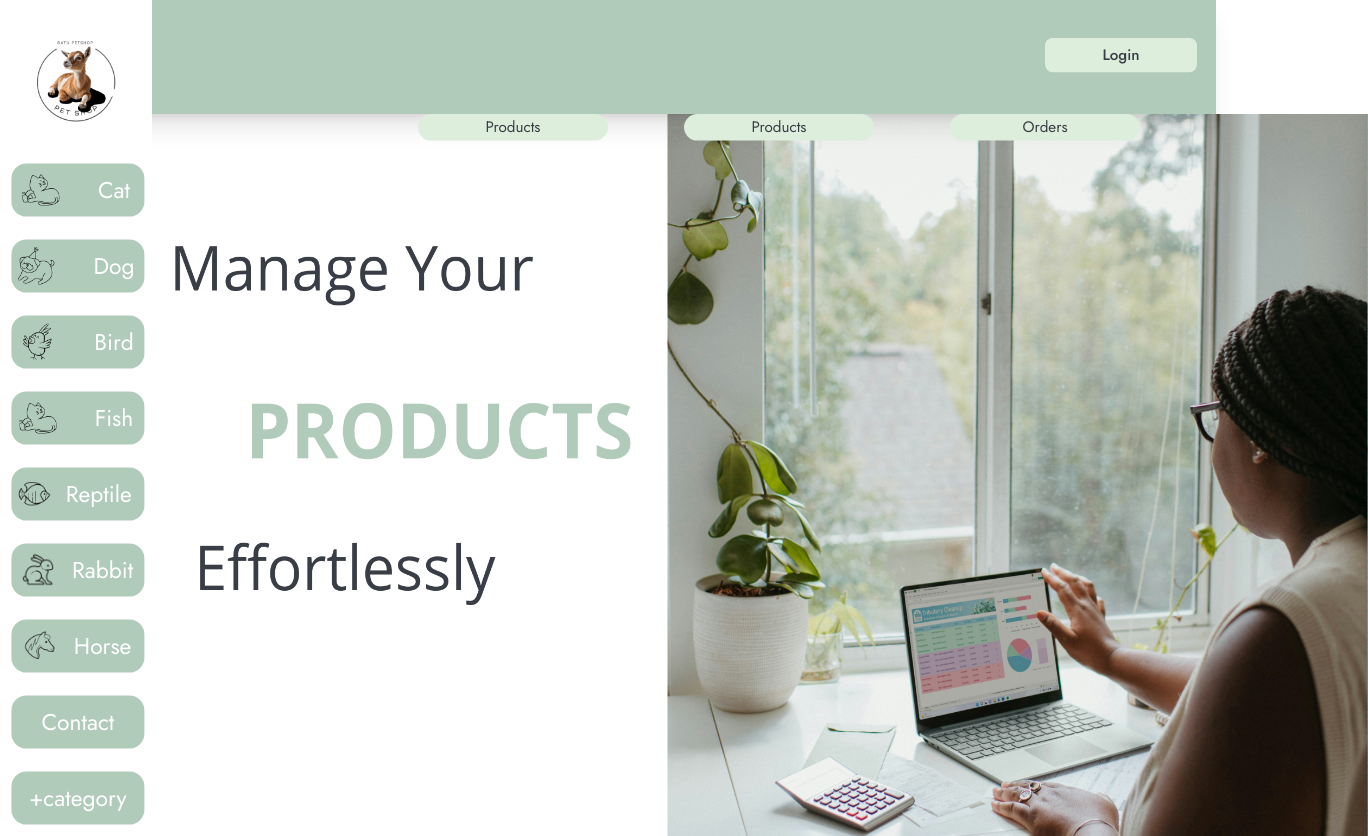
Repository: batu-call/batu-petshop
Page: /main (app in petshopp-appAdmin/admin/)
An editor plug-in stored every save of this project. The page is shown before and after a run of saves, followed by the edit.
The browser window is 1280 px wide. The page is 1440 px wide, so the pictures cover 1440 px, including what lies to the right of the window. The pictures show the whole page, at 95% of full size.
The project was rebuilt for these pictures with package versions that can differ from the ones it lists, and the page was loaded fresh each time. The framework's server and built-in components were replaced by stand-ins that run in the browser. Also part of the build but not shown: petshopp-appAdmin/admin/next.config.ts.

Above is the page before, as saved 2025-09-21 01:47:34.

### petshopp-appAdmin/admin/src/app/layout.tsx
import type { Metadata } from "next";
import { Jost } from 'next/font/google';
import "./globals.css";

const jost = Jost({
  subsets: ['latin'],
  weight: ['400', '500', '700'],
});


export const metadata: Metadata = {
  title: "Batu Petshop AdminPanel",
  description: "Generated by create next app",
   icons: {
    icon: '/favicon.ico',
  },
};

export default function RootLayout({
  children,
}: Readonly<{
  children: React.ReactNode;
}>) {
  return (
    <html lang="en">
      <body
        className={`antialiased ${jost.className}`}
      >
        {children}
      </body>
    </html>
  );
}

### petshopp-appAdmin/admin/src/app/main/layout.tsx
import Main from "./controller/Main"

export default function MainLayout({ children }: { children: React.ReactNode }) {
  return <Main>{children}</Main>
}

### petshopp-appAdmin/admin/src/app/main/page.tsx
import React from 'react'
import Main from './controller/Main'


const page = () => {
  return (
    <div>
        <Main />
    </div>
  )
}

export default page

### petshopp-appAdmin/admin/src/app/globals.css
@import "tailwindcss";
@import "tw-animate-css";

@custom-variant dark (&:is(.dark *));

@layer utilities {
  .bg-primary {
    background-color: #B1CBBB;
  }
  .bg-secondary {
    background-color: #DDEEDD;
  }
  .bg-secondary_20 {
    background-color: rgba(221, 238, 221, 0.2);
  }
  .text-jost {
    font-family: 'Jost',sans-serif;
  }
  .text-color {
    color: #393E46;
  }
  .text-color2 {
    color: #B1CBBB;
  }
}

body {
  font-family: 'Jost', Arial, Helvetica, sans-serif
}

@theme inline {
  --radius-sm: calc(var(--radius) - 4px);
  --radius-md: calc(var(--radius) - 2px);
  --radius-lg: var(--radius);
  --radius-xl: calc(var(--radius) + 4px);
  --color-background: var(--background);
  --color-foreground: var(--foreground);
  --color-card: var(--card);
  --color-card-foreground: var(--card-foreground);
  --color-popover: var(--popover);
  --color-popover-foreground: var(--popover-foreground);
  --color-primary: var(--primary);
  --color-primary-foreground: var(--primary-foreground);
  --color-secondary: var(--secondary);
  --color-secondary-foreground: var(--secondary-foreground);
  --color-muted: var(--muted);
  --color-muted-foreground: var(--muted-foreground);
  --color-accent: var(--accent);
  --color-accent-foreground: var(--accent-foreground);
  --color-destructive: var(--destructive);
  --color-border: var(--border);
  --color-input: var(--input);
  --color-ring: var(--ring);
  --color-chart-1: var(--chart-1);
  --color-chart-2: var(--chart-2);
  --color-chart-3: var(--chart-3);
  --color-chart-4: var(--chart-4);
  --color-chart-5: var(--chart-5);
  --color-sidebar: var(--sidebar);
  --color-sidebar-foreground: var(--sidebar-foreground);
  --color-sidebar-primary: var(--sidebar-primary);
  --color-sidebar-primary-foreground: var(--sidebar-primary-foreground);
  --color-sidebar-accent: var(--sidebar-accent);
  --color-sidebar-accent-foreground: var(--sidebar-accent-foreground);
  --color-sidebar-border: var(--sidebar-border);
  --color-sidebar-ring: var(--sidebar-ring);
}

:root {
  --radius: 0.625rem;
  --background: oklch(1 0 0);
  --foreground: oklch(0.145 0 0);
  --card: oklch(1 0 0);
  --card-foreground: oklch(0.145 0 0);
  --popover: oklch(1 0 0);
  --popover-foreground: oklch(0.145 0 0);
  --primary: oklch(0.205 0 0);
  --primary-foreground: oklch(0.985 0 0);
  --secondary: oklch(0.97 0 0);
  --secondary-foreground: oklch(0.205 0 0);
  --muted: oklch(0.97 0 0);
  --muted-foreground: oklch(0.556 0 0);
  --accent: oklch(0.97 0 0);
  --accent-foreground: oklch(0.205 0 0);
  --destructive: oklch(0.577 0.245 27.325);
  --border: oklch(0.922 0 0);
  --input: oklch(0.922 0 0);
  --ring: oklch(0.708 0 0);
  --chart-1: oklch(0.646 0.222 41.116);
  --chart-2: oklch(0.6 0.118 184.704);
  --chart-3: oklch(0.398 0.07 227.392);
  --chart-4: oklch(0.828 0.189 84.429);
  --chart-5: oklch(0.769 0.188 70.08);
  --sidebar: oklch(0.985 0 0);
  --sidebar-foreground: oklch(0.145 0 0);
  --sidebar-primary: oklch(0.205 0 0);
  --sidebar-primary-foreground: oklch(0.985 0 0);
  --sidebar-accent: oklch(0.97 0 0);
  --sidebar-accent-foreground: oklch(0.205 0 0);
  --sidebar-border: oklch(0.922 0 0);
  --sidebar-ring: oklch(0.708 0 0);
}

.dark {
  --background: oklch(0.145 0 0);
  --foreground: oklch(0.985 0 0);
  --card: oklch(0.205 0 0);
  --card-foreground: oklch(0.985 0 0);
  --popover: oklch(0.205 0 0);
  --popover-foreground: oklch(0.985 0 0);
  --primary: oklch(0.922 0 0);
  --primary-foreground: oklch(0.205 0 0);
  --secondary: oklch(0.269 0 0);
  --secondary-foreground: oklch(0.985 0 0);
  --muted: oklch(0.269 0 0);
  --muted-foreground: oklch(0.708 0 0);
  --accent: oklch(0.269 0 0);
  --accent-foreground: oklch(0.985 0 0);
  --destructive: oklch(0.704 0.191 22.216);
  --border: oklch(1 0 0 / 10%);
  --input: oklch(1 0 0 / 15%);
  --ring: oklch(0.556 0 0);
  --chart-1: oklch(0.488 0.243 264.376);
  --chart-2: oklch(0.696 0.17 162.48);
  --chart-3: oklch(0.769 0.188 70.08);
  --chart-4: oklch(0.627 0.265 303.9);
  --chart-5: oklch(0.645 0.246 16.439);
  --sidebar: oklch(0.205 0 0);
  --sidebar-foreground: oklch(0.985 0 0);
  --sidebar-primary: oklch(0.488 0.243 264.376);
  --sidebar-primary-foreground: oklch(0.985 0 0);
  --sidebar-accent: oklch(0.269 0 0);
  --sidebar-accent-foreground: oklch(0.985 0 0);
  --sidebar-border: oklch(1 0 0 / 10%);
  --sidebar-ring: oklch(0.556 0 0);
}

@layer base {
  * {
    @apply border-border outline-ring/50;
  }
  body {
    @apply bg-background text-foreground;
  }
}

### petshopp-appAdmin/admin/src/app/main/controller/Main.tsx
import React from 'react'
import Navbar from '../../Navbar/page'
import Sidebar from '../../Sidebar/page'
import Image from 'next/image'

//1743
const Main = () => {
  return (
    <div className='w-full h-screen bg-primary'>
      {/* Navbar */}
      <Navbar />
      {/* Catgeory */}
      <Sidebar />
      <Image src={"/admin-banner3.png"} alt='admin-banner' width={1743} height={700} className='ml-40 h-190'/>
    </div>
  )
}

export default Main

### petshopp-appAdmin/admin/src/app/Navbar/page.tsx
"use client"
import React, { useState } from 'react'
import Link from 'next/link'
import Image from 'next/image'
import { Button } from "@/components/ui/button"





const Page = () => {

  const [open, setOpen] = useState(false)

  return (
    <div>
      <div className='w-full h-30 bg-primary shadow-xl relative'>
        {/* Image */}
        <Link href={"/main"}>
      <div className='fixed'>
        <Image  src={"/logo.png"} alt='main-icon' width={500} height={500} className='flex justify-center items-center w-40 h-40'/>
      </div>
      </Link>
      {/* Image */}

      {/* Button */}
      <div className='absolute top-10 right-45'>
        <Button className='absolute cursor-pointer bg-secondary text-color w-40 text-base hover:bg-secondary'>Login</Button>
      </div>

      </div>
      <div className='flex gap-20 items-center justify-center absolute right-20'>
      {/* Buton + dropdown*/}
     <div
      className="relative inline-block"
      onMouseEnter={() => setOpen(true)}
      onMouseLeave={() => setOpen(false)}
    >
      {/* Buton */}
      <div className="w-50 h-7 rounded-xl bg-secondary flex items-center justify-center cursor-pointer">
        <h3 className="text-color text-jost">Products</h3>
      </div>

      {/* Dropdown */}
      {open && (
        <div className="absolute left-0 mt-1 w-50 bg-white shadow-lg rounded-xl z-10">
          <ul className="flex flex-col">
            <Link href="/AddProduct">
              <li>
                <a className="block px-4 py-2 hover:bg-gray-200 border-b-2 border-secondary">
                  Add Product
                </a>
              </li>
            </Link>
              <li>
                <a className="block px-4 py-2 hover:bg-gray-200 border-b-2 border-secondary">
                  All Products
                </a>
              </li>
              <li>
                <a className="block px-4 py-2 hover:bg-gray-200">Product Stats</a>
              </li>
          </ul>
        </div>
      )}
    </div>

           <div className="relative inline-block">
      {/* Buton + dropdown*/}
      <div className="group relative">
        <div className="w-50 h-7 rounded-xl bg-secondary flex items-center justify-center cursor-pointer">
          <h3 className="text-color text-jost">Products</h3>
        </div>

        {/* Dropdown */}
        <div className="absolute left-0 hidden group-hover:block mt-1 w-50 bg-white shadow-lg rounded-xl z-10">
          <ul className="flex flex-col">
            <Link href={"/AddProduct"}>
            <li>
                <a className="block px-4 py-2 hover:bg-gray-200 border-secondary border-b-2">Add Product</a>
            </li>
            </Link>
            <li>

                <a className="block px-4 py-2 hover:bg-gray-200 border-secondary border-b-2">All Products</a>

            </li>
            <li>

                <a className="block px-4 py-2 hover:bg-gray-200">Product Stats</a>

            </li>
          </ul>
        </div>
      </div>
    </div>

           <div className="relative inline-block">
      {/* Buton + dropdown*/}
      <div className="group relative">
        <div className="w-50 h-7 rounded-xl bg-secondary flex items-center justify-center cursor-pointer">
          <h3 className="text-color text-jost">Orders</h3>
        </div>

        {/* Dropdown */}
        <div className="absolute left-0 hidden group-hover:block mt-1 w-50 bg-white shadow-lg rounded-xl z-10">
          <ul className="flex flex-col">
            <li>
                <a className="block px-4 py-2 hover:bg-gray-200 border-secondary border-b-2">All Orders</a>

            </li>
            <li>

                <a className="block px-4 py-2 hover:bg-gray-200 border-secondary border-b-2">Processing Orders</a>

            </li>
            <li>

                <a className="block px-4 py-2 hover:bg-gray-200">Completed Orders</a>

            </li>
             <li>

                <a className="block px-4 py-2 hover:bg-gray-200">Order Stats</a>

            </li>
          </ul>
        </div>
      </div>
    </div>
      </div>
    </div>
  )
}

export default Page

### petshopp-appAdmin/admin/src/app/Sidebar/page.tsx
import React from 'react'
import Link from 'next/link'
import Image from 'next/image'

const page = () => {
  return (
    <div>
        <div className='w-40 h-screen bg-white fixed mt-7'>
        {/* Cat */}
        <Link href={"/Cat"}>
      <div className='bg-primary inline-block p-2 items-center mt-6 ml-3 rounded-2xl w-35'>
        <div className='flex gap-9 items-center justify-center'>
       <Image src="/cat_7721779.png" alt='cat-image'
       height={40}
       width={40}
       />
       <h2 className='text-2xl text-jost text-white p-1'>Cat</h2>
      </div>
      </div>
      </Link>
      {/* Dog */}
         <Link href={"/Dog"}>
       <div className='bg-primary inline-block p-2 items-center mt-6 ml-3 rounded-2xl w-35'>
        <div className='flex gap-9 items-center justify-center'>
       <Image src="/dog.png" alt='cat-image'
       height={40}
       width={40}
       />
       <h2 className='text-2xl text-jost text-white p-1'>Dog</h2>
      </div>
      </div>
      </Link>
      {/* BİRD */}
         <Link href={"/Bird"}>
       <div className='bg-primary inline-block p-2 items-center mt-6 ml-3 rounded-2xl w-35'>
        <div className='flex gap-9 items-center justify-center'>
       <Image src="/bird.png" alt='cat-image'
       height={40}
       width={40}
       />
       <h2 className='text-2xl text-jost text-white p-1'>Bird</h2>
      </div>
      </div>
      </Link>
      {/* FİSH */}
         <Link href={"/Fish"}>
       <div className='bg-primary inline-block p-2 items-center mt-6 ml-3 rounded-2xl w-35'>
        <div className='flex gap-9 items-center justify-center'>
       <Image src="/cat_7721779.png" alt='cat-image'
       height={40}
       width={40}
       />
       <h2 className='text-2xl text-jost text-white p-1'>Fish</h2>
      </div>
      </div>
      </Link>
      {/* Reptile */}
         <Link href={"/Reptile"}>
       <div className='bg-primary inline-block p-2 items-center mt-6 ml-3 rounded-2xl w-35'>
        <div className='flex gap-3 items-center justify-center'>
       <Image src="/fish.png" alt='cat-image'
       height={40}
       width={40}
       />
       <h2 className='text-2xl text-jost text-white mr-2'>Reptile</h2>
      </div>
      </div>
      </Link>
      {/* Rabbit */}
         <Link href={"/Rabbit"}>
       <div className='bg-primary inline-block p-2 items-center mt-6 ml-3 rounded-2xl w-35'>
        <div className='flex gap-3 items-center justify-center'>
       <Image src="/rabbit2.png" alt='cat-image'
       height={40}
       width={40}
       />
       <h2 className='text-2xl text-jost text-white p-1'>Rabbit</h2>
      </div>
      </div>
      </Link>
      {/* Horse */}
         <Link href={"/Horse"}>
       <div className='bg-primary inline-block p-2 items-center mt-6 ml-3 rounded-2xl w-35'>
        <div className='flex gap-3 items-center justify-center'>
       <Image src="/horse.png" alt='cat-image'
       height={40}
       width={40}
       />
       <h2 className='text-2xl text-jost text-white p-1'>Horse</h2>
      </div>
      </div>
      </Link>
      {/* Contact */}
         <Link href={"/Contact"}>
       <div className='bg-primary inline-block p-2 items-center mt-6 ml-3 rounded-2xl w-35'>
        <div className='flex gap-3 items-center justify-center'>
       <h2 className='text-2xl text-jost text-white p-1'>Contact</h2>
      </div>
      </div>
      </Link>
      {/* +category */}
       <div className='bg-primary inline-block p-2 items-center mt-6 ml-3 rounded-2xl w-35'>
        <div className='flex gap-3 items-center justify-center'>
       <h2 className='text-2xl text-jost text-white p-1'>+category</h2>
      </div>
      </div>
    </div>
    </div>
  )
}

export default page

### petshopp-appAdmin/admin/src/components/ui/button.tsx
import * as React from "react"
import { Slot } from "@radix-ui/react-slot"
import { cva, type VariantProps } from "class-variance-authority"

import { cn } from "@/lib/utils"

const buttonVariants = cva(
  "inline-flex items-center justify-center gap-2 whitespace-nowrap rounded-md text-sm font-medium transition-all disabled:pointer-events-none disabled:opacity-50 [&_svg]:pointer-events-none [&_svg:not([class*='size-'])]:size-4 shrink-0 [&_svg]:shrink-0 outline-none focus-visible:border-ring focus-visible:ring-ring/50 focus-visible:ring-[3px] aria-invalid:ring-destructive/20 dark:aria-invalid:ring-destructive/40 aria-invalid:border-destructive",
  {
    variants: {
      variant: {
        default: "bg-primary text-primary-foreground hover:bg-primary/90",
        destructive:
          "bg-destructive text-white hover:bg-destructive/90 focus-visible:ring-destructive/20 dark:focus-visible:ring-destructive/40 dark:bg-destructive/60",
        outline:
          "border bg-background shadow-xs hover:bg-accent hover:text-accent-foreground dark:bg-input/30 dark:border-input dark:hover:bg-input/50",
        secondary:
          "bg-secondary text-secondary-foreground hover:bg-secondary/80",
        ghost:
          "hover:bg-accent hover:text-accent-foreground dark:hover:bg-accent/50",
        link: "text-primary underline-offset-4 hover:underline",
      },
      size: {
        default: "h-9 px-4 py-2 has-[>svg]:px-3",
        sm: "h-8 rounded-md gap-1.5 px-3 has-[>svg]:px-2.5",
        lg: "h-10 rounded-md px-6 has-[>svg]:px-4",
        icon: "size-9",
      },
    },
    defaultVariants: {
      variant: "default",
      size: "default",
    },
  }
)

function Button({
  className,
  variant,
  size,
  asChild = false,
  ...props
}: React.ComponentProps<"button"> &
  VariantProps<typeof buttonVariants> & {
    asChild?: boolean
  }) {
  const Comp = asChild ? Slot : "button"

  return (
    <Comp
      data-slot="button"
      className={cn(buttonVariants({ variant, size, className }))}
      {...props}
    />
  )
}

export { Button, buttonVariants }

Loaded but not shown: petshopp-appAdmin/admin/src/lib/utils.ts (common file)

After the next 6 saves:
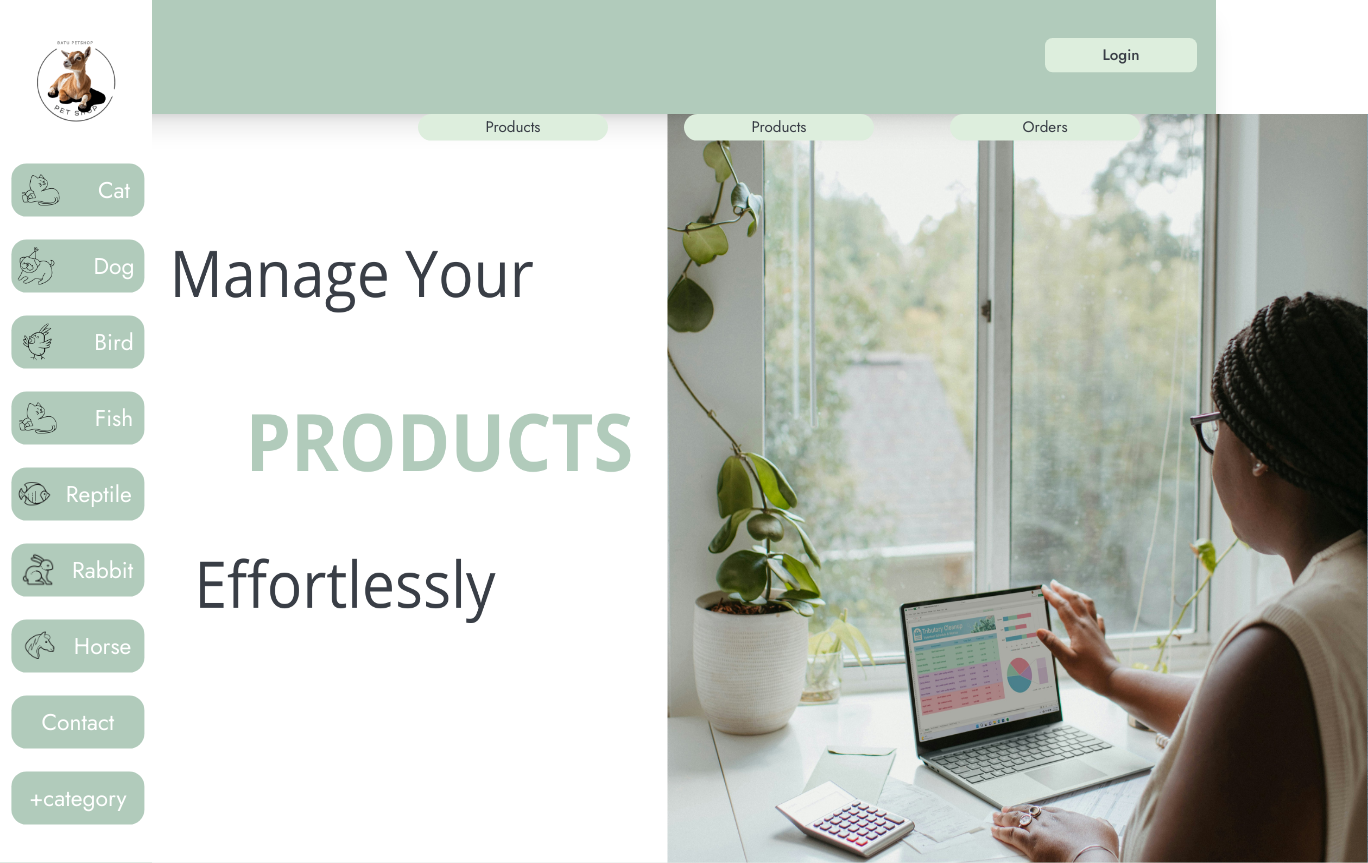
The 6 saves are shown as one change because they came seconds apart.
The last was saved 18 s later.
--- a/petshopp-appAdmin/admin/src/app/main/controller/Main.tsx
+++ b/petshopp-appAdmin/admin/src/app/main/controller/Main.tsx
@@ -11,7 +11,7 @@ const Main = () => {
       <Navbar />
       {/* Catgeory */}
       <Sidebar />
-      <Image src={"/admin-banner3.png"} alt='admin-banner' width={1743} height={700} className='ml-40 h-190'/>
+      <Image src={"/admin-banner3.png"} alt='admin-banner' width={1743} height={700} className='ml-40 h-197'/>
     </div>
   )
 }
